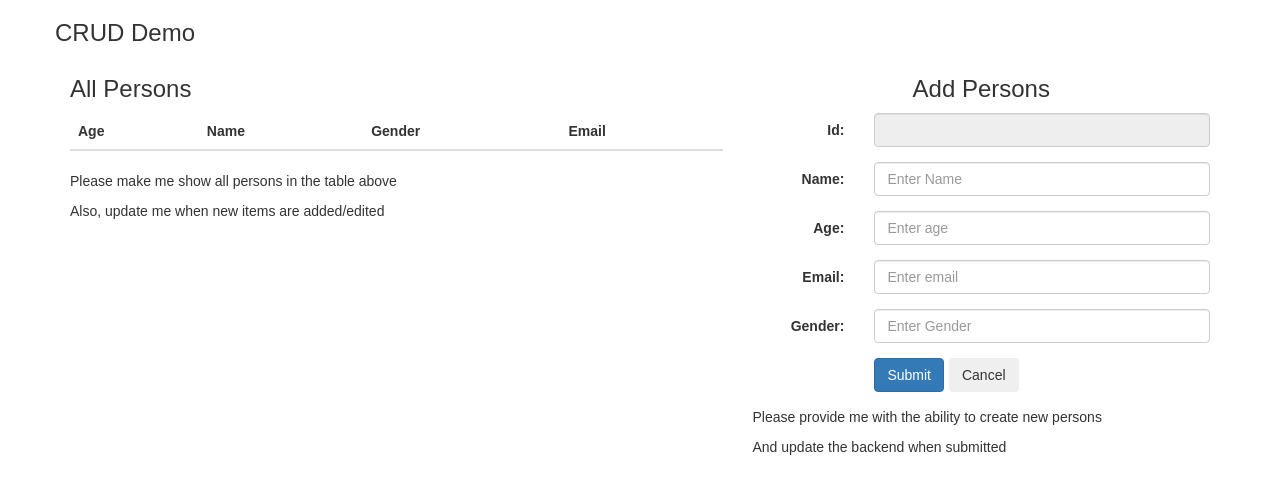
Repository: MukHansen/ReactUge
Page: / (app in thursday_exercises/react-crud-rest-exercise/)
These files come from the project's save history. The page is drawn as it stood at one moment and after the next save; the edit follows.
The browser window is 1280 px wide. The pictures show the whole page.
The project was rebuilt for these pictures with package versions that can differ from the ones it lists, and the page was loaded fresh each time. Requests to the local data server were answered from the project's data file.

Above is the page before, as saved 2019-10-31 11:10:49.

After the next save:
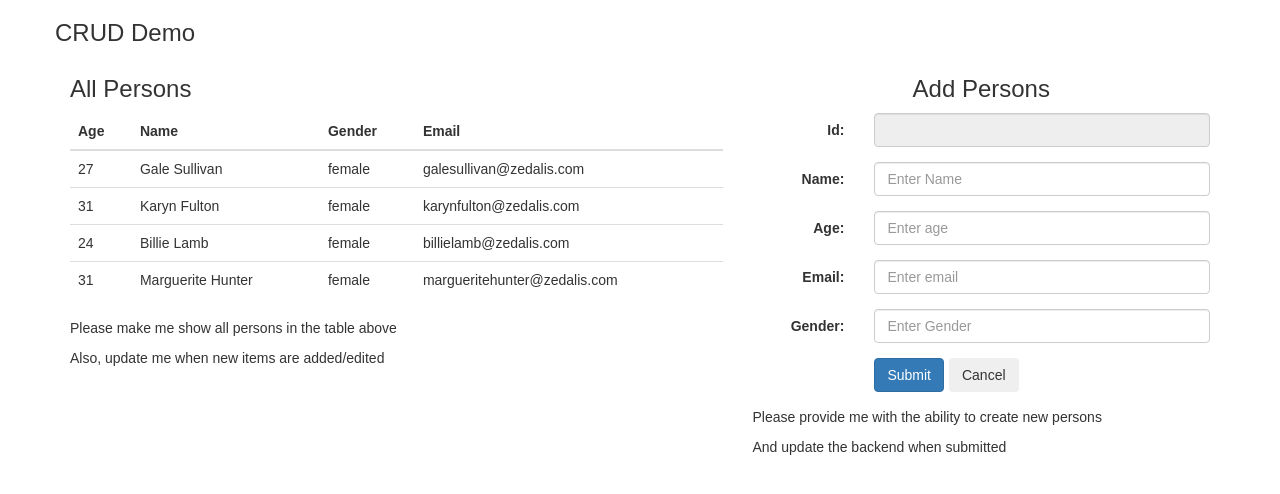
Saved 71 min 50 s later.
--- a/thursday_exercises/react-crud-rest-exercise/src/components/AllPersons.js
+++ b/thursday_exercises/react-crud-rest-exercise/src/components/AllPersons.js
@@ -11,7 +11,14 @@ export default function AllPersons(props) {
           <tr><th>Age</th><th>Name</th><th>Gender</th><th>Email</th></tr>
         </thead>
         <tbody>
-          {/*Add the rows here */}
+          {persons.map((pers) => (
+            <tr key={pers.id}>
+              <td>{pers.age}</td>
+              <td>{pers.name}</td>
+              <td>{pers.gender}</td>
+              <td>{pers.email}</td>
+            </tr>
+          ))}
         </tbody>
       </table>
 
